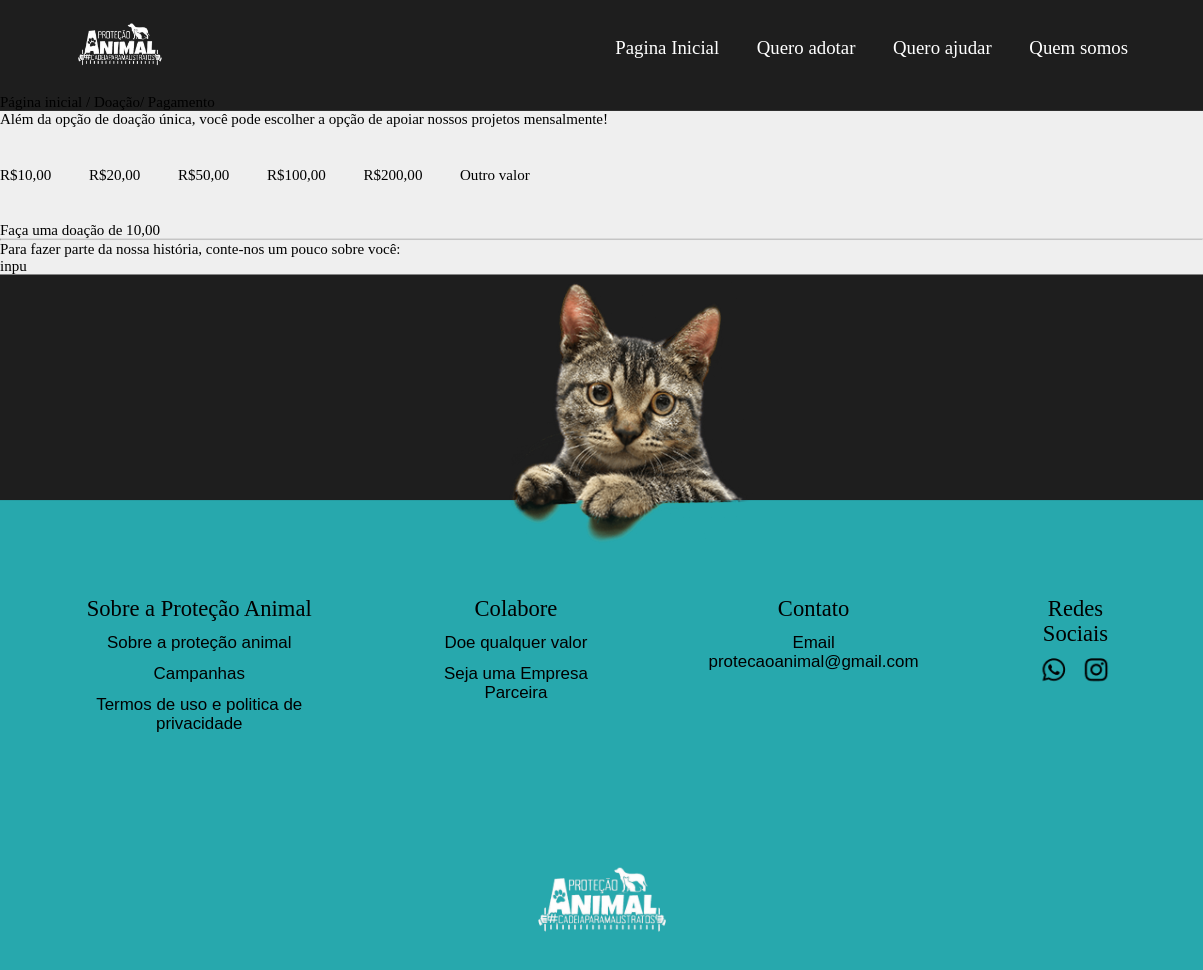
Repository: edjunior-nascimento/protecao-animal-web
Page: src/pages/formulario-doacao/index.html
An editor plug-in stored every save of this project. The page is shown before and after a run of saves, followed by the edit.
The browser window is 1280 px wide. The pictures show the whole page, at 94% of full size.

Above is the page before, as saved 2025-02-22 03:21:57.

### src/pages/formulario-doacao/index.html
<!DOCTYPE html>
<html lang="pt">

<head>
    <meta charset="UTF-8">
    <meta name="viewport" content="width=device-width, initial-scale=1.0">
    <title>Proteção Animal</title>
    <link rel="preconnect" href="https://fonts.googleapis.com" />
    <link rel="preconnect" href="https://fonts.gstatic.com" crossorigin />
    <meta name="viewport" content="width=device-width, initial-scale=1.0" />
    <link rel="stylesheet" href="./style.css" />
    <link>
</head>

<body>
    <header>
        <div><img class="logo" src="/src/pages/images/logo.png" alt="logo Protecao animal" /></div>
        <nav>
            <ul>
                <li>
                    <a href="#">
                        <p>Pagina Inicial</p>
                    </a>
                </li>
                <li>
                    <a href="#">
                        <p>Quero adotar</p>
                    </a>
                </li>
                <li>
                    <a href="#">
                        <p>Quero ajudar</p>
                    </a>
                </li>
                <li>
                    <a href="#">
                        <p>Quem somos</p>
                    </a>
                </li>
            </ul>
        </nav>
    </header>
    <div>
        <div class="title">
            <p>Página inicial / Doação/ Pagamento</p>
        </div>
        <main class="container">
            <div class="sub-title">
                <p>Além da opção de doação única, você pode escolher a opção de apoiar nossos projetos mensalmente!</p>
            </div>
            <div class="valor">
                <div class="parcela">

                </div>
                <div class="cota">

                </div>
                <nav>
                    <ul>
                        <li><span>R$10,00</span></li>
                        <li><span>R$20,00</span></li>
                        <li><span>R$50,00</span></li>
                        <li><span>R$100,00</span></li>
                        <li><span>R$200,00</span></li>
                        <li><span>Outro valor</span></li>
                    </ul>
                </nav>
                <div class="res"><span>Faça uma doação de 10,00</span></div>
            </div>
            <hr>
            <div class="cad">
                <div class="sub-title">
                    <p>Para fazer parte da nossa história, conte-nos um pouco sobre você:</p>
                </div>
                <div class="dados">
                    <form action="/send" method="post" target="_blank" >
                        inpu
                    </form>
                </div>
            </div>
    </div>
    </main>
    <div class="gato"><img src="/src/pages/images/gato.png" alt=""></div>
    <footer>
        <div class="footer-container">
            <div class="footer-primary">
                <div class="footer-section-1">
                    <div>
                        <h4>Sobre a Proteção Animal</h4>
                    </div>
                    <div>
                        <p><a href="">Sobre a proteção animal</a></p>
                    </div>
                    <div>
                        <p><a href="">Campanhas</a></p>
                    </div>
                    <div>
                        <p><a href="">Termos de uso e politica de privacidade</a></p>
                    </div>
                </div>
                <div class="footer-section-2">
                    <div>
                        <h4>Colabore</h4>
                    </div>
                    <div>
                        <p><a href="">Doe qualquer valor</a></p>
                    </div>
                    <div>
                        <p><a href="">Seja uma Empresa Parceira</a></p>
                    </div>
                </div>
                <div class="footer-section-3">
                    <div>
                        <h4>Contato</h4>
                    </div>
                    <div>
                        <p>Email</p>
                        <p><a href="mailto:protecaoanimal@gmail.com">protecaoanimal@gmail.com</a></p>
                    </div>
                </div>
                <div class="footer-section-4">
                    <div>
                        <h4>Redes Sociais</h4>
                    </div>
                    <div class="social-icons">
                        <div>
                            <a href=""><img src="/src/pages/images/whatsAppIcon.png" alt="" /></a>
                        </div>
                        <div>
                            <a href=""><img src="/src/pages/images/instagramIcon.png" alt="" /></a>
                        </div>
                    </div>
                </div>
            </div>
        </div>
        <div class="footer-secondary">
            <img src="/src/pages/images/logo.png" alt="" />
        </div>
    </footer>
</body>

</html>

### src/pages/formulario-doacao/style.css
:root {
    --main-bg-color: #1e1e1e;
    --title-color: #27a8ad;
    --subtitle-color: #ffffff;
    --box-color: #ffffff;
    --link-nav-color: #ffffff;
    --card-title-color: #27a8ad;
    --footer-background: #27a8ad;
    --footer-font-color: #000000;
    --maim-color: #EFEFEF;
  }

  * {
    height: max-content;
    font-family: "Jockey One", serif;
    font-style: normal;
    margin: 0px;
    padding: 0px;
  }

  body {
    background-color: var(--main-bg-color);

  }

  a {
    text-decoration: none;
  }

  header {
    height: 100px;
    display: flex;
    flex-direction: row;
    justify-content: space-between;
    padding-inline: 80px
  }
  header div {
    display: flex;
    align-items: center;
  }
  .logo {
    height: 95px;
    width: auto;
  }
  nav {
    width: auto;
    height: 100px;
    display: flex;
    align-items: center;
  }

  nav ul {
    list-style-type: none;
    display: flex;
    gap: 40px;
  }

  nav ul li a {
    color: var(--link-nav-color);
    font-size: 20px;
    font-weight: 400;
  }
main {
  background-color:var(--maim-color) ;
}





  .gato {
    margin-left: 42%;
    margin-bottom: -25px;
    height: 265px;
    max-width: auto;}

  footer {
    height: 500px;
    max-height: auto;
    background-color: var(--footer-background);
    padding-inline: 80px;
  }

  .footer-container {
      width: auto;
      height: 70%;
      display: flex;
      align-items: center;
      justify-content: center;
  }

  .footer-primary {
    display: flex;
    flex-direction: row;
    gap: 111px;
    align-items: flex-start;
    justify-content: center;
  }

  .footer-primary p a {
      color: var(--footer-font-color);
      font-family: "Arial", sans-serif;
  }

  .footer-primary h4 {
    font-size: 24px;
    font-weight: 400;
  }

  .footer-primary p {
      font-size: 18px;
      font-weight: 400;
      font-family: "Arial", sans-serif;
  }

  .footer-secondary {
    width: auto;
    height: 30%;
    display: flex;
    align-items: center;
    justify-content: center;
  }

  .footer-secondary img {
      height: 145px;
      width: auto
  }

  .footer-section-1, .footer-section-2, .footer-section-3, .footer-section-4 {
      display: flex;
      flex-direction: column;
      text-align: center;
      gap: 12px;
  }

  .footer-section-4 {
      align-items: center;
  }

  .social-icons {
      display: flex;
      flex-direction: row;
      gap: 20px;
  }

After the next 5 saves:
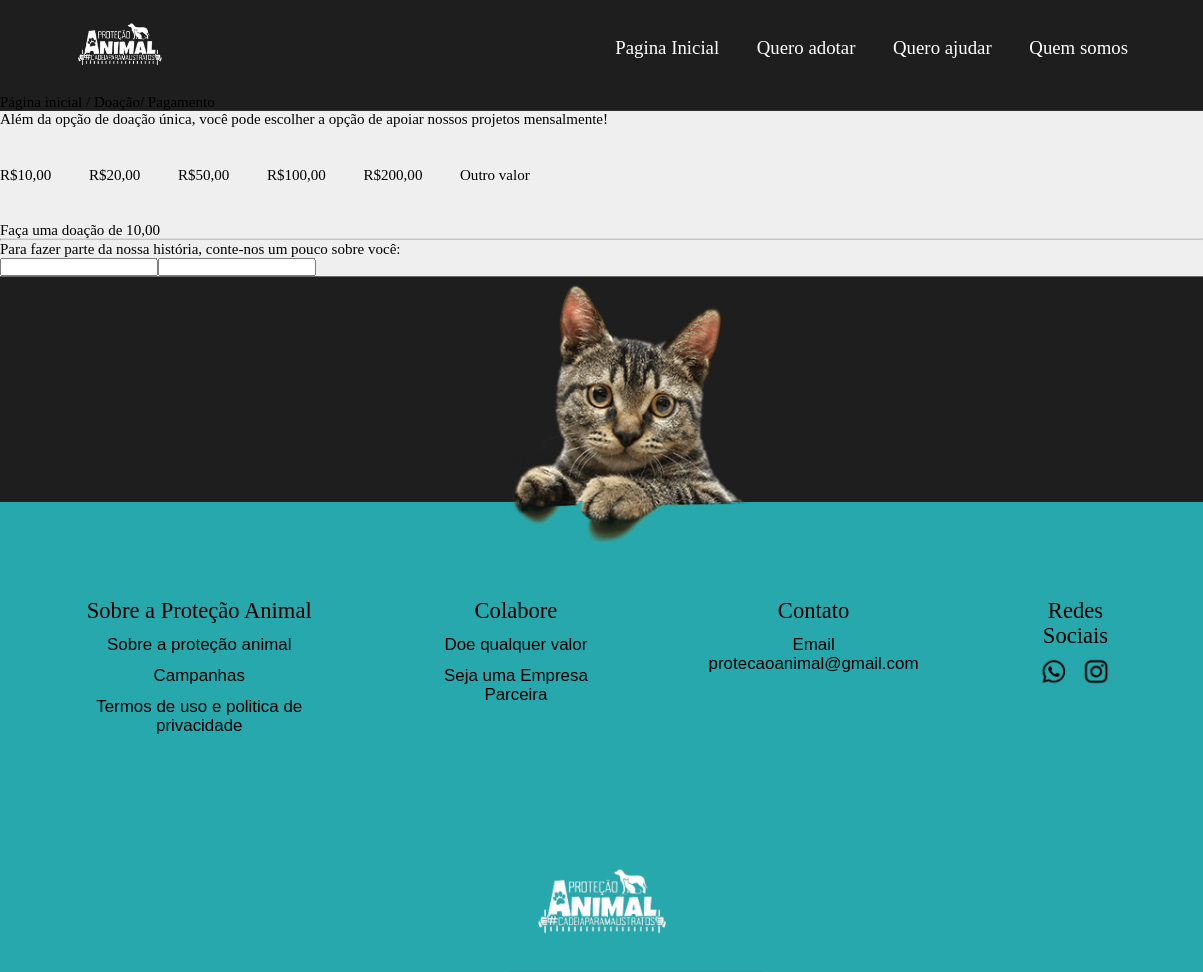
The 5 saves are shown as one change because they came seconds apart.
The last was saved 15 s later.
--- a/src/pages/formulario-doacao/index.html
+++ b/src/pages/formulario-doacao/index.html
@@ -74,7 +74,7 @@
                 </div>
                 <div class="dados">
                     <form action="/send" method="post" target="_blank" >
-                        inpu
+                        <input type="text"><input type="text">
                     </form>
                 </div>
             </div>
